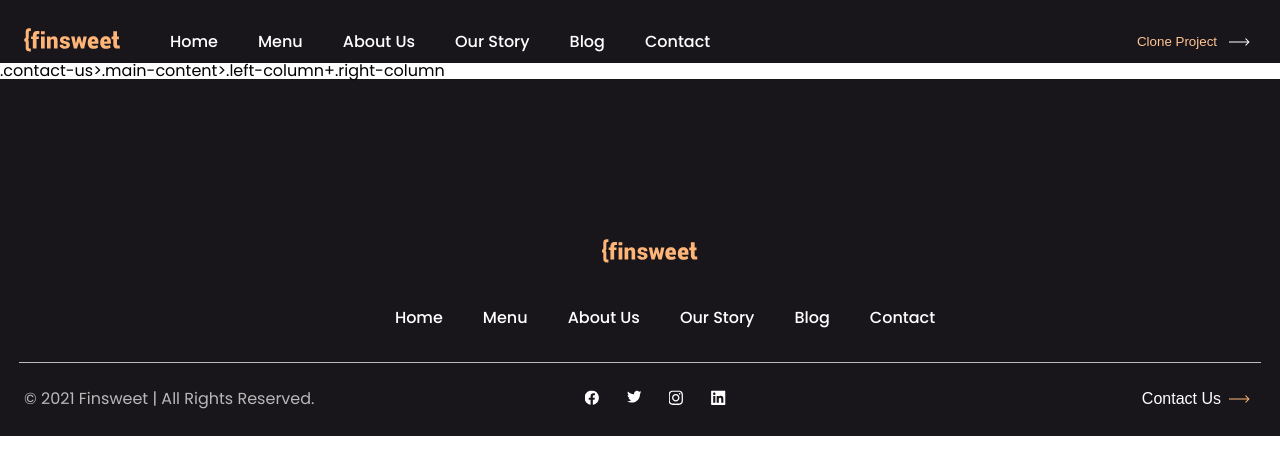
Repository: Minns-Cao/project-finsweet
Page: contact.html
The author's editor kept a copy of each file at every save. The page is drawn from the files as they stood at one save, then again after the next save.
The browser window is 1280 px wide. The pictures show the whole page.
Some web fonts or font styles are not loaded; a fallback is used.

Above is the page before, as saved 2023-05-05 13:40:35.

### contact.html
<!DOCTYPE html>
<html lang="en">
    <head>
        <meta charset="UTF-8" />
        <meta http-equiv="X-UA-Compatible" content="IE=edge" />
        <meta name="viewport" content="width=device-width, initial-scale=1.0" />
        <title>Finsweet</title>
        <!-- Reset CSS -->
        <link rel="stylesheet" href="./assets/css/reset.css" />
        <!-- Style -->
        <link rel="stylesheet" href="./assets/css/style.css" />
        <link rel="stylesheet" href="./assets/css/style_contact.css" />
        <!-- Fonts -->
        <link rel="preconnect" href="https://fonts.googleapis.com" />
        <link rel="preconnect" href="https://fonts.gstatic.com" crossorigin />
        <link
            href="https://fonts.googleapis.com/css2?family=Playfair+Display:ital,wght@0,400;0,500;0,600;0,700;0,800;0,900;1,400;1,500;1,600;1,700;1,800;1,900&family=Poppins:ital,wght@0,300;0,400;0,500;0,600;1,300;1,400;1,500;1,600&display=swap"
            rel="stylesheet"
        />
    </head>
    <body>
        <!-- ========================================Contact Page================================================ -->
        <!-- Header -->
        <header class="fixed header">
            <div class="main-content">
                <div class="body">
                    <!-- Logo -->
                    <a href="./index.html"
                        ><img
                            src="./assets/img/Logo.svg"
                            alt="logo"
                            class="logo"
                    /></a>
                    <!-- Navigation -->
                    <div class="nav">
                        <ul>
                            <li>
                                <a href="./index.html">Home</a>
                            </li>
                            <li>
                                <a href="./menu.html">Menu</a>
                            </li>
                            <li>
                                <a href="./aboutUs.html">About Us</a>
                            </li>
                            <li>
                                <a href="./ourStory.html">Our Story</a>
                            </li>
                            <li>
                                <a href="./blog.html">Blog</a>
                            </li>
                            <li>
                                <a href="./contact.html">Contact</a>
                            </li>
                        </ul>
                    </div>
                    <!-- Action -->
                    <button class="action">
                        <span class="label">Clone Project</span>
                        <img
                            src="./assets/img/arrow-to-right.svg"
                            alt="arrow-to-right"
                            class="arrow-to-right"
                        />
                    </button>

                    <!-- Navigation Mobile -->
                    <label for="nav-mb-checkbox" class="nav-mb-btn">
                        <svg
                            xmlns="http://www.w3.org/2000/svg"
                            viewBox="0 0 448 512"
                            width="32"
                            height="32"
                        >
                            <path
                                d="M0 96C0 78.3 14.3 64 32 64H416c17.7 0 32 14.3 32 32s-14.3 32-32 32H32C14.3 128 0 113.7 0 96zM0 256c0-17.7 14.3-32 32-32H416c17.7 0 32 14.3 32 32s-14.3 32-32 32H32c-17.7 0-32-14.3-32-32zM448 416c0 17.7-14.3 32-32 32H32c-17.7 0-32-14.3-32-32s14.3-32 32-32H416c17.7 0 32 14.3 32 32z "
                                fill="#FFB577"
                            />
                        </svg>
                    </label>

                    <input
                        class="nav-input"
                        type="checkbox"
                        name="nav-mb-checkbox"
                        id="nav-mb-checkbox"
                    />

                    <label for="nav-mb-checkbox" class="nav_overlay"></label>

                    <div class="nav-mb">
                        <div class="exit-bar">
                            <!-- Logo -->
                            <a href="./index.html"
                                ><img
                                    src="./assets/img/Logo.svg"
                                    alt="logo"
                                    class="logo"
                            /></a>
                            <!-- exit button -->
                            <label for="nav-mb-checkbox">
                                <svg
                                    xmlns="http://www.w3.org/2000/svg"
                                    viewBox="0 0 512 512"
                                    width="32"
                                    height="32"
                                    class="exit-btn"
                                >
                                    <path
                                        d="M256 512A256 256 0 1 0 256 0a256 256 0 1 0 0 512zM175 175c9.4-9.4 24.6-9.4 33.9 0l47 47 47-47c9.4-9.4 24.6-9.4 33.9 0s9.4 24.6 0 33.9l-47 47 47 47c9.4 9.4 9.4 24.6 0 33.9s-24.6 9.4-33.9 0l-47-47-47 47c-9.4 9.4-24.6 9.4-33.9 0s-9.4-24.6 0-33.9l47-47-47-47c-9.4-9.4-9.4-24.6 0-33.9z"
                                        fill="#FFB577"
                                    />
                                </svg>
                            </label>
                        </div>
                        <ul>
                            <li>
                                <a href="./index.html">Home</a>
                            </li>
                            <li>
                                <a href="./menu.html">Menu</a>
                            </li>
                            <li>
                                <a href="./aboutUs.html">About Us</a>
                            </li>
                            <li>
                                <a href="./ourStory.html">Our Story</a>
                            </li>
                            <li>
                                <a href="./blog.html">Blog</a>
                            </li>
                            <li>
                                <a href="./contact.html">Contact</a>
                            </li>
                        </ul>
                    </div>
                </div>
            </div>
        </header>
        <!-- Main -->
        <main>
            <!-- contactUs -->
            .contact-us>.main-content>.left-column+.right-column
        </main>
        <!-- Footer -->
        <footer class="footer">
            <div class="main-content">
                <div class="body">
                    <!-- Logo -->
                    <a href="#"
                        ><img
                            src="./assets/img/Logo.svg"
                            alt="logo"
                            class="logo"
                    /></a>
                    <!-- Navigation -->
                    <div class="nav">
                        <ul>
                            <li>
                                <a href="./index.html">Home</a>
                            </li>
                            <li>
                                <a href="#">Menu</a>
                            </li>
                            <li>
                                <a href="./aboutUs.html">About Us</a>
                            </li>
                            <li>
                                <a href="./ourStory.html">Our Story</a>
                            </li>
                            <li>
                                <a href="./blog.html">Blog</a>
                            </li>
                            <li>
                                <a href="./contact.html">Contact</a>
                            </li>
                        </ul>
                    </div>
                    <!-- Contact-Footer -->
                    <div class="contact-footer">
                        <!-- Copyright -->
                        <div class="container">
                            <p class="copyright">
                                © 2021 Finsweet | All rights reserved.
                            </p>
                        </div>
                        <!-- Socials -->
                        <div class="socials-list">
                            <div class="social">
                                <img
                                    src="./assets/img/icon/icon_facebook.svg"
                                    alt="icon_facebook"
                                />
                            </div>
                            <div class="social">
                                <img
                                    src="./assets/img/icon/icon_twitter.svg"
                                    alt="icon_twitter"
                                />
                            </div>
                            <div class="social">
                                <img
                                    src="./assets/img/icon/icon_instagram.svg"
                                    alt="icon_instagram"
                                />
                            </div>
                            <div class="social">
                                <img
                                    src="./assets/img/icon/icon_linkin.svg"
                                    alt="icon_linkin"
                                />
                            </div>
                        </div>
                        <!-- action -->
                        <button
                            class="action"
                            onclick="window.location.href='./contact.html'"
                        >
                            <span class="label-med">Contact Us</span>
                            <svg
                                width="21"
                                height="8"
                                viewBox="0 0 21 8"
                                fill="none"
                                xmlns="http://www.w3.org/2000/svg"
                            >
                                <path
                                    d="M20.3536 4.35355C20.5488 4.15829 20.5488 3.84171 20.3536 3.64645L17.1716 0.464466C16.9763 0.269204 16.6597 0.269204 16.4645 0.464466C16.2692 0.659728 16.2692 0.976311 16.4645 1.17157L19.2929 4L16.4645 6.82843C16.2692 7.02369 16.2692 7.34027 16.4645 7.53553C16.6597 7.7308 16.9763 7.7308 17.1716 7.53553L20.3536 4.35355ZM0 4.5L20 4.5V3.5L0 3.5L0 4.5Z"
                                    fill="#FFB577"
                                />
                            </svg>
                        </button>
                    </div>
                </div>
            </div>
        </footer>
    </body>
</html>

### assets/css/style.css
* {
    box-sizing: border-box;
}

:root {
    --primary-color: #ffb577;
    --background-color: #19161b;
    --font-heading: Playfair Display, "serif";
}

html,
body {
    scroll-behavior: smooth;
}

html {
    font-size: 62.5%;
}

body {
    font-size: 1.6rem;
    font-family: "Poppins", sans-serif;
}

/* ================common=================*/
.main-content {
    width: 1280px;
    max-width: calc(100% - 48px);
    margin-left: auto;
    margin-right: auto;
}

a {
    text-decoration: none;
}

.btn {
    border: none;
    background: #ffb577;
    padding: 12px 24px;
}

.label-med {
    margin-right: 8px;
    font-weight: 500;
    font-size: 1.6rem;
    line-height: 1.5;
    color: #2e2d33;
}

.label-extransmall {
    font-weight: 500;
    font-size: 1.2rem;
    line-height: 1.33;
    color: #ffffff;
}

.heading {
    font-family: var(--font-heading);
    font-style: normal;
    color: #ffffff;
}

.lv1 {
    font-weight: 700;
    font-size: 5.6rem;
    line-height: 1.21;
}

.lv2 {
    font-weight: 700;
    font-size: 4.8rem;
    line-height: 1.21;
}

.lv3 {
    font-weight: 700;
    font-size: 3.3rem;
    line-height: 1.5;
}

.lv4 {
    font-weight: 700;
    font-size: 2rem;
    line-height: 1.5;
}

.lv5 {
    font-weight: 700;
    font-size: 1.4rem;
    line-height: 1.5;
}

.desc {
    font-weight: 400;
    font-size: 1.6rem;
    line-height: 1.75;
    color: #b8b8b8;
}

.caption {
    position: relative;
    display: inline-block;
    font-family: var(--font-heading);
    font-weight: 400;
    font-size: 1.6rem;
    line-height: 1.5;
    color: #ffb577;
}

.caption::after {
    position: absolute;
    content: "";
    display: block;
    width: 48px;
    border: 0.5px solid #ffffff;
    top: 50%;
    right: calc(-48px - 16px);
}

/* ================Header=================*/
.fixed {
    position: sticky;
    top: -20px;
    z-index: 1;
}

.header {
    background-color: var(--background-color);
}

.header .body {
    display: flex;
    align-items: center;
    padding: 28px 0px 8px;
}

.nav ul {
    display: flex;
    gap: 40px;
    margin-left: 50px;
}

.nav li a {
    font-weight: 500;
    font-size: 1.6rem;
    line-height: 1.5;
    color: #ffffff;
}

.header .action {
    display: flex;
    justify-content: center;
    align-items: center;
    margin-left: auto;
    border: none;
    background-color: var(--background-color);
}

.header .action .label {
    margin-right: 12px;
    color: #ffc492;
}

.header .nav-mb-btn {
    display: none;
}

.header .nav-mb {
    position: fixed;
    background-color: var(--background-color);
    top: 0;
    right: 0;
    width: 320px;
    max-width: 100%;
    height: 100vh;
    z-index: 1;
    padding: 26px;
    transform: translateX(100%);
    transition: transform ease-in 0.2s;
}

.nav_overlay {
    display: none;
    position: fixed;
    top: 0;
    right: 0;
    left: 0;
    bottom: 0;
    background-color: rgba(0, 0, 0, 0.5);
    animation: fadeIn linear 0.5s;
}

.nav-input {
    display: none;
}

/* ================Footer=================*/

.footer {
    background-color: var(--background-color);
    padding-top: 160px;
    padding-bottom: 24px;
}

.footer .logo {
    display: block;
    margin-left: auto;
    margin-right: auto;
    transform: translateX(+10%);
}

.footer .nav {
    position: relative;
    display: flex;
    justify-content: center;
    align-items: center;

    margin-top: 43px;
}

.footer .nav::after {
    position: absolute;
    content: "";
    display: block;
    width: 97vw;
    height: 0.5px;
    background-color: #fff;
    bottom: -32px;
    opacity: 0.7;
}

.contact-footer {
    display: flex;
    justify-content: space-between;
    align-items: center;
    margin-top: 56px;
}

.contact-footer .copyright {
    font-weight: 400;
    font-size: 1.6rem;
    line-height: 1.5;
    text-transform: capitalize;
    color: #b8b8b8;
}

.contact-footer .socials-list {
    display: flex;
    gap: 27px;
    transform: translateX(-50%);
}

.contact-footer .action {
    display: flex;
    justify-content: center;
    align-items: center;
    border: none;
    background-color: var(--background-color);
}

.contact-footer .action .label-med {
    color: #ffffff;
}

/* ==================Responsive==================== */

@media (max-width: 768px) {
    /* Responsive Header */
    .header .nav,
    .header .action {
        display: none;
    }

    .header .nav-mb-btn {
        display: block;
        margin-left: auto;
    }

    .nav-input:checked ~ .nav_overlay {
        display: block;
    }

    .nav-input:checked ~ .nav-mb {
        transform: translateX(0);
    }

    .nav-mb .exit-bar {
        position: relative;
        display: flex;
        justify-content: space-between;
        align-items: center;
        margin-bottom: 40px;
    }

    .nav-mb .exit-bar::after {
        position: absolute;
        content: "";
        bottom: -20px;
        width: 100%;
        border: 0.5px solid #fff;
    }

    .nav-mb ul {
        display: flex;
        flex-direction: column;
        justify-content: center;
        align-items: center;
        gap: 40px;
    }

    .nav-mb li a {
        font-weight: 500;
        font-size: 1.6rem;
        line-height: 1.5;
        color: #ffffff;
    }

    /* ==================Responsive-Footer================== */
    .footer .logo {
        display: none;
    }

    .footer .nav ul {
        flex-direction: column;
        justify-content: center;
        align-items: center;
        margin-left: 0;
    }

    .contact-footer {
        flex-direction: column-reverse;
        justify-content: center;
        align-items: center;
        gap: 10px;
    }

    .contact-footer .socials-list {
        justify-content: center;
        align-items: center;
        transform: translateX(0);
    }

    /* ================Responsive-Contact=================*/

    .contact .body {
        flex-direction: column;
    }

    .contact .body .img-map {
        width: 100%;
        object-fit: cover;
    }
}

@media (max-width: 430px) {
    /* ================Moblie-Responsive-Contact=================*/
    .contact .container {
        padding: 20px !important;
    }
}

@keyframes fadeIn {
    from {
        opacity: 0;
    }
    to {
        opacity: 1;
    }
}

Loaded but not shown: assets/css/reset.css (common file); assets/css/style_contact.css (no stored copy; drawn as an empty file)

After the next save:
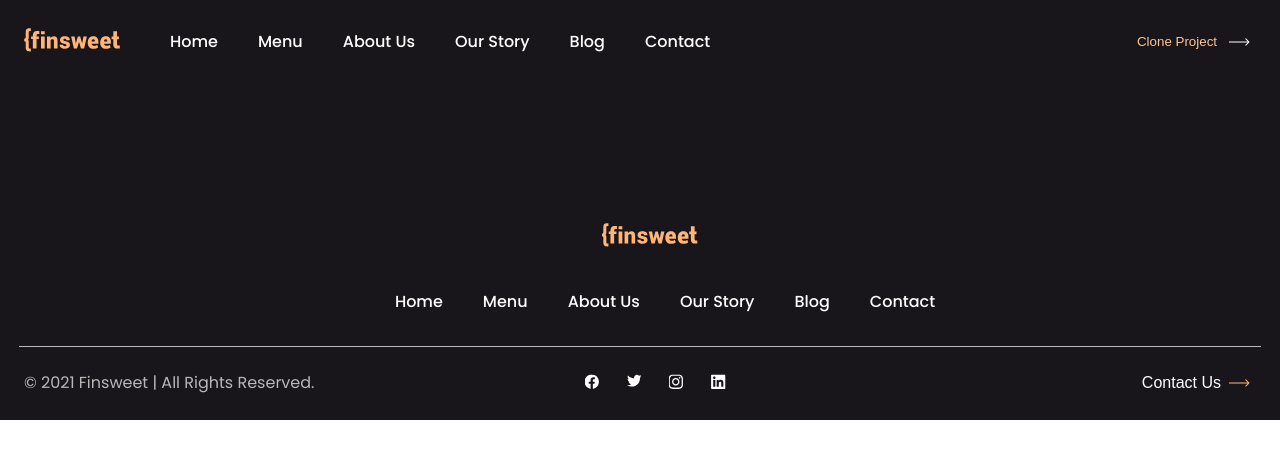
Saved 12 s later.
--- a/contact.html
+++ b/contact.html
@@ -140,7 +140,12 @@
         <!-- Main -->
         <main>
             <!-- contactUs -->
-            .contact-us>.main-content>.left-column+.right-column
+            <div class="contact-us">
+                <div class="main-content">
+                    <div class="left-column"></div>
+                    <div class="right-column"></div>
+                </div>
+            </div>
         </main>
         <!-- Footer -->
         <footer class="footer">

After the 2 saves that followed:
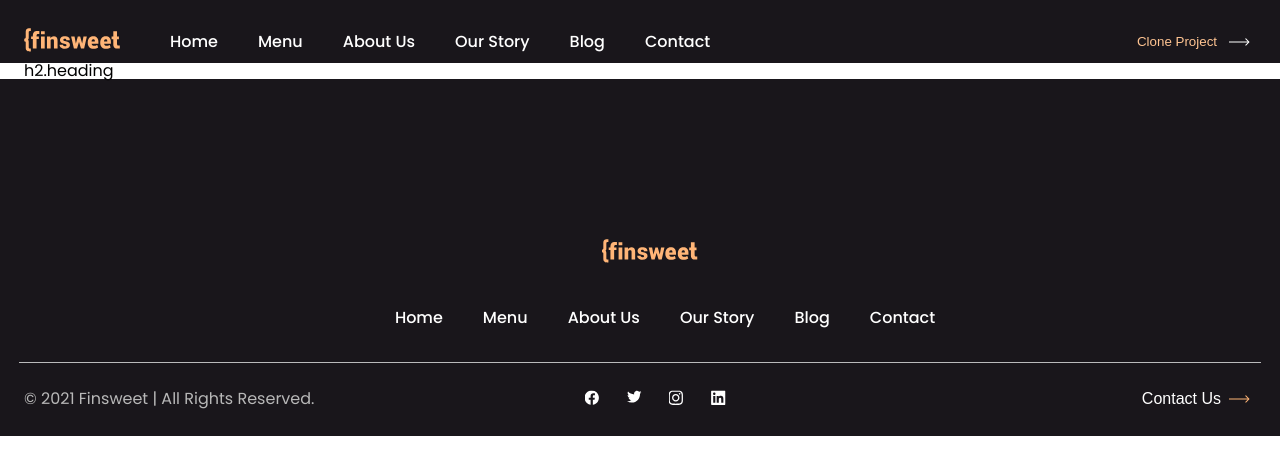
The 2 saves are shown as one change because 1 left the picture as it was.
The last was saved 18 s later.
--- a/contact.html
+++ b/contact.html
@@ -142,7 +142,9 @@
             <!-- contactUs -->
             <div class="contact-us">
                 <div class="main-content">
-                    <div class="left-column"></div>
+                    <div class="left-column">
+                        h2.heading
+                    </div>
                     <div class="right-column"></div>
                 </div>
             </div>
